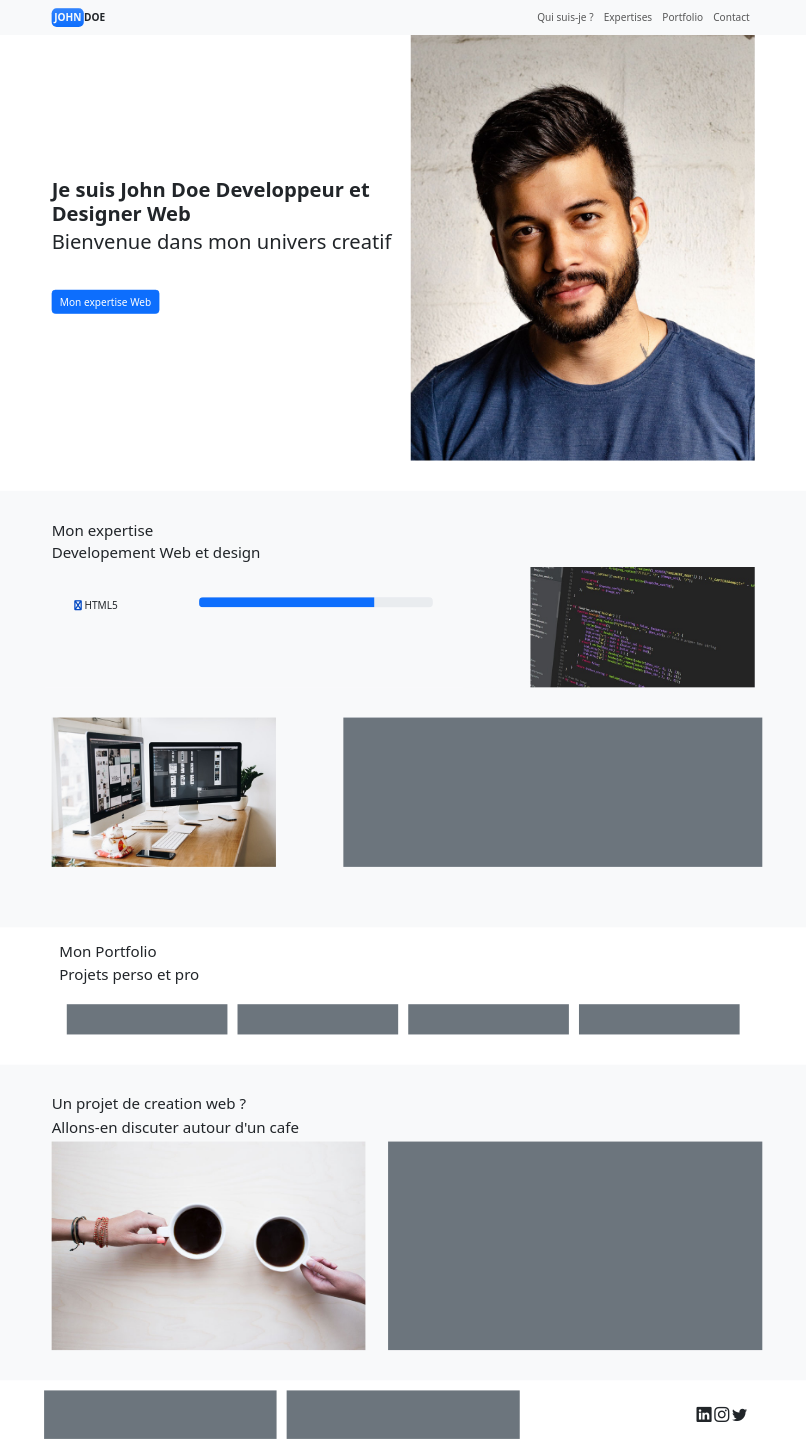
Repository: wadelfadill/Bootstrap_tache_1_portfolio
Page: index.html
An editor plug-in stored every save of this project. The page is shown before and after the next save, followed by the edit.
The browser window is 1280 px wide. The pictures show the whole page, at 63% of full size.
Some web libraries are served in a nearby version.

Above is the page before, as saved 2023-03-28 12:59:07.

### index.html
<!DOCTYPE html>
<html lang="en">
<head>
    <meta charset="UTF-8">
    <meta http-equiv="X-UA-Compatible" content="IE=edge">
    <meta name="viewport" content="width=device-width, initial-scale=1.0">
    <title>Portfolio_Bootstrap</title>
    <link href="https://cdn.jsdelivr.net/npm/bootstrap@5.3.0-alpha2/dist/css/bootstrap.min.css" rel="stylesheet" integrity="sha384-aFq/bzH65dt+w6FI2ooMVUpc+21e0SRygnTpmBvdBgSdnuTN7QbdgL+OapgHtvPp" crossorigin="anonymous">
    <link rel="stylesheet" href="https://cdn.jsdelivr.net/npm/bootstrap-icons@1.5.0/font/bootstrap-icons.css">
    <link rel="stylesheet" href="https://cdnjs.cloudflare.com/ajax/libs/font-awesome/5.15.4/css/all.min.css" integrity="sha512-1ycn6IcaQQ40/MKBW2W4Rhis/DbILU74C1vSrLJxCq57o941Ym01SwNsOMqvEBFlcgUa6xLiPY/NS5R+E6ztJQ==" crossorigin="anonymous" referrerpolicy="no-referrer" />
    <link rel="stylesheet" href="style.css">
    <!-- Font Awesome -->
    <script src="https://kit.fontawesome.com/14273d579a.js" crossorigin="anonymous"></script>
</head>
<body>
    <header>
        <nav class="navbar navbar-expand-md bg-light navbar-light container-fluid fixed-top">
            <div class="container">
                <a href="/index.html" class="nav-brand text-uppercase fw-bolder link-dark link-underline-opacity-0">
                    <span class="bg-primary bg-gradient p-1 rounded-3 text-light">JOHN</span>DOE
                </a>
                <button class="navbar-toggler" type="button" data-bs-toggle="collapse" data-bs-target="#navbarNav" aria-controls="navbarNav" aria-expanded="false" aria-label="Toggle navigation">
                    <span class="navbar-toggler-icon"></span>
                </button>
                <div class="collapse navbar-collapse justify-content-end" id="navbarNav">
                    <ul class="navbar-nav">
                        <li class="nav-item">
                            <a class="nav-link" href="#johndoe">Qui suis-je ?</a>
                        </li>
                        <li class="nav-item">
                            <a class="nav-link" href="#expertise">Expertises</a>
                        </li>
                        <li class="nav-item">
                            <a class="nav-link" href="#portfolio">Portfolio</a>
                        </li>
                        <li class="nav-item">
                            <a class="nav-link" href="#contact">Contact</a>
                        </li>
                    </ul>
                </div>
            </div>
        </nav>
    </header>
    <main>
        <section class="my-5">
            <div class="container">
                <div class="row gy-4 gy-md-0 align-items-center">
                    <div class="col-12 col-md-6 py-5 py-md-0">
                        <p class="h2 fw-bold">Je suis John Doe Developpeur et Designer Web</p>
                        <p class="h2 fw-light">Bienvenue dans mon univers creatif</p>
                        <a class="btn btn-primary mt-5" href="#expertise" role="button">Mon expertise Web</a>

                    </div>
                    <div class="col-12 col-md-6">
                        <img src="img/portrait.jpg" alt="profile de Jhon Doe" class="w-100">
                    </div>
                </div>
            </div>
        </section>
        <section>
            <div class="container-fluid bg-light py-5 mt-5">
                <div class="container">
                 <p class="h4 .fs-3 .fs-md-2" id="expertise">Mon expertise</p>
                 <p class="h4 .fs-3 .fs-md-2">Developement Web et design</p>
                <div class="row gy-4 gy-md-0">
                    <div class="col-12 col-md-7 bg-light p-5">
                        <div class="row">
                            <div class="col-3">
                                <i class="fa-solid fa-html5" style="color: #044ac3;"></i> HTML5
                            </div>
                            <div class="col-8 offset-1">
                                <div class="progress">
                                    <div class="progress-bar" role="progressbar" style="width: 75%" aria-valuenow="75" aria-valuemin="0" aria-valuemax="100"></div>
                                </div>
                            </div>
                        </div>
                    </div>
                    <div class="col-12 col-md-4 offset-md-1">
                        <img src="img/code.jpg" alt="" class="w-100">
                    </div>
                </div>
                <div class="row my-5 gy-4 gy-md-0">
                    <div class="col-12 col-md-4">
                        <img src="img/design.jpg" alt="" class="w-100">
                    </div>
                    <div class="col-12 col-md-7 bg-secondary offset-md-1 p-5">

                    </div>
                </div>
             </div>
            </div>

        </section>
        <section class="container">
            <div class="container my-4">
                <p class="h4 .fs-3 .fs-md-2" id="portfolio">Mon Portfolio</p>
                <p class="h4 .fs-3 .fs-md-2">Projets perso et pro</p>
                <div class="row gap-3 p-4">
                    <div class="col-12 col-md bg-secondary py-4"></div>
                    <div class="col-12 col-md bg-secondary py-4"></div>
                    <div class="col-12 col-md bg-secondary py-4"></div>
                    <div class="col-12 col-md bg-secondary py-4"></div>
                </div>
            </div>
        </section>
        <section class="p-5 bg-light">
            <div class="container">
                <p class="h4 .fs-3 .fs-md-2" id="contact">Un projet de creation web ?</p>
                <p class="h4 .fs-3 .fs-md-2">Allons-en discuter autour d'un cafe</p>
                <div class="row gap-4 gy-4 gy-md-0">
                    <div class="col-12 col-md">
                        <img src="img/grab-a-coffee.jpg" class="w-100" alt="">
                    </div>
                    <div class="col-12 col-md bg-secondary p-5"></div>
                </div>
            </div>
        </section>
    </main>
    <footer>
        <div class="container">
            <div class="row gap-3 py-3">
                <div class="col-12 col-md p-4 bg-secondary"></div>
                <div class="col-12 col-md p-4 bg-secondary"></div>
                <div class="col-12 col-md p-4 text-md-end">
                    <a href="#" target="_blank" class="link-dark link-underline-opacity-0">
                        <i class="bi bi-linkedin h4"></i>
                    </a>
                    <a href="#" target="_blank" class="link-dark link-underline-opacity-0">
                        <i class="bi bi-instagram h4"></i>
                    </a>
                    <a href="#" target="_blank" class="link-dark link-underline-opacity-0">
                        <i class="bi bi-twitter h4"></i>
                    </a>
                </div>
            </div>
        </div>
    </footer>
    <script src="https://cdn.jsdelivr.net/npm/bootstrap@5.3.0-alpha2/dist/js/bootstrap.bundle.min.js" integrity="sha384-qKXV1j0HvMUeCBQ+QVp7JcfGl760yU08IQ+GpUo5hlbpg51QRiuqHAJz8+BrxE/N" crossorigin="anonymous"></script>

</body>
</html>

Loaded but not shown: style.css (no stored copy; drawn as an empty file)

After the next save:
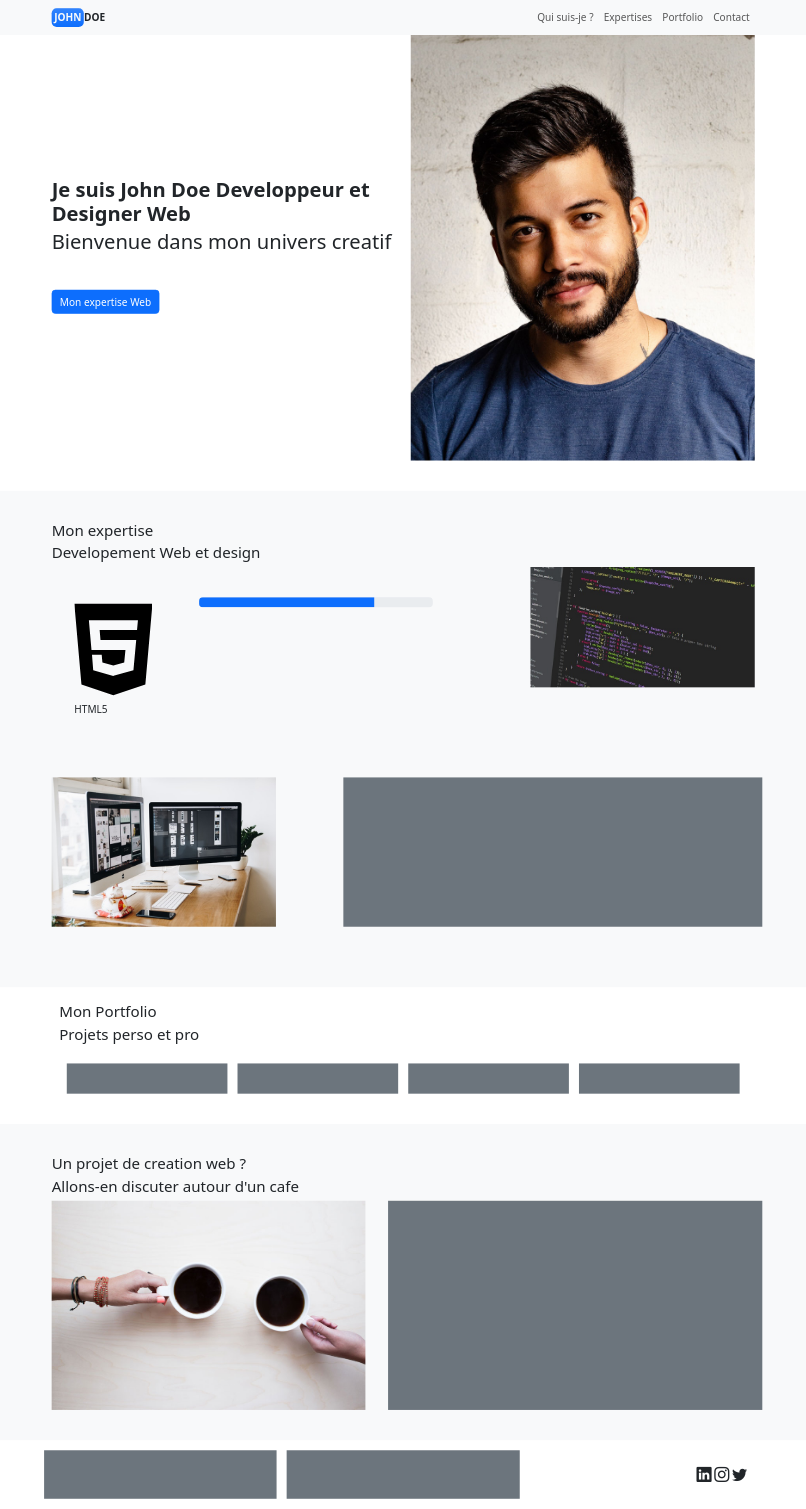
Saved 4 min 23 s later.
--- a/index.html
+++ b/index.html
@@ -66,7 +66,7 @@
                     <div class="col-12 col-md-7 bg-light p-5">
                         <div class="row">
                             <div class="col-3">
-                                <i class="fa-solid fa-html5" style="color: #044ac3;"></i> HTML5
+                                <img src="img/html5.svg" alt=""> HTML5
                             </div>
                             <div class="col-8 offset-1">
                                 <div class="progress">
